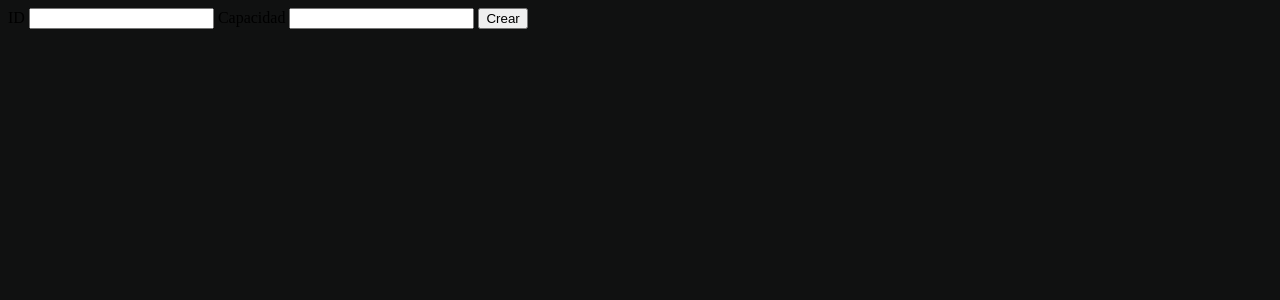
Repository: Robin-Rivadeneira/prueva_pablo
Page: index.html
These files come from the project's save history. The page is drawn as it stood at one moment and after the next save; the edit follows.
The browser window is 1280 px wide. The pictures show the whole page.

Above is the page before, as saved 2020-01-16 20:24:31.

### index.html
<!DOCTYPE html>
<html lang="en">
<head>
    <meta charset="UTF-8">
    <meta name="viewport" content="width=device-width, initial-scale=1.0">
    <meta http-equiv="X-UA-Compatible" content="ie=edge">
    <LINK REL=StyleSheet HREF="/css/bomberos.css" TYPE="text/css" MEDIA=screen>
    <title> Motobombas</title>
</head>
<body>
    <div>
        <label>ID</label>
        <input type="number" id="id">
        <label>Capacidad</label>
        <input type="number" id="capacidad" >
        <button type="button" onclick="moto.guardar()">Crear</button>
    </div>
    <br>
    <div id="img">

    </div>
    <br>
    <div id="estado">

    </div>
    <br>
    <div id="pintar">
    </div>
</body>
<script src="/js/Motobomba.js"></script>
<script src="/js/Bombero.js"></script>
</html>

### css/bomberos.css
body{
    background-color: rgb(16, 17, 17);
}

### js/Motobomba.js
class Motobomba {
    constructor(id, capacidad, estado = false) {
        this.id = id;
        this.capacidad = capacidad;
        this.estado = estado;
    }
    prender() {
        this.estado = true;
    }
    apagar() {
        this.estado = false;
    }
    getEstado() {
        return this.estado;
    }
    toString() {
        if (this.estado == true) {
            document.getElementById('estado').innerHTML='<img src="img/verde.jpg" windth="130px" height="100px">'
            var parrafo=document.createElement('p')
            parrafo.innerHTML = 'esta prendido'
            document.body.appendChild(parrafo)
            moto.apagar()
            document.getElementById("boton").innerHTML="prendido"

        }
        else if(this.estado == false) {
            document.getElementById('estado').innerHTML='<img src="img/rojo.jpg" windth="130px" height="100px">'
            var parrafo=document.createElement('p')
            parrafo.innerHTML = 'esta apagado'
            document.body.appendChild(parrafo)
            moto.prender()
            document.getElementById("boton").innerHTML="apagdo"
        }
    }
    guardar(){
        var recu= document.getElementById('id').value;
        var recu1=document.getElementById('capacidad').value;
        this.id=recu
        this.capacidad=recu1
        console.log(this.id)
        console.log(this.capacidad)
        document.getElementById('img').innerHTML='<img src="img/camion.jpg" windth="130px" height="100px">'
        document.getElementById('pintar').innerHTML='<button type="button" id="boton" onclick="moto.toString()">ESTADO</button>'
    }
}



let moto = new Motobomba()

### js/Bombero.js
class Bombero{
    constructor(nombre){
        this.nombre=nombre;
    }
    addHabilidad(){
        let habilidades=[];
        habilidades.push(this.nombre)
    }
}

After the next save:
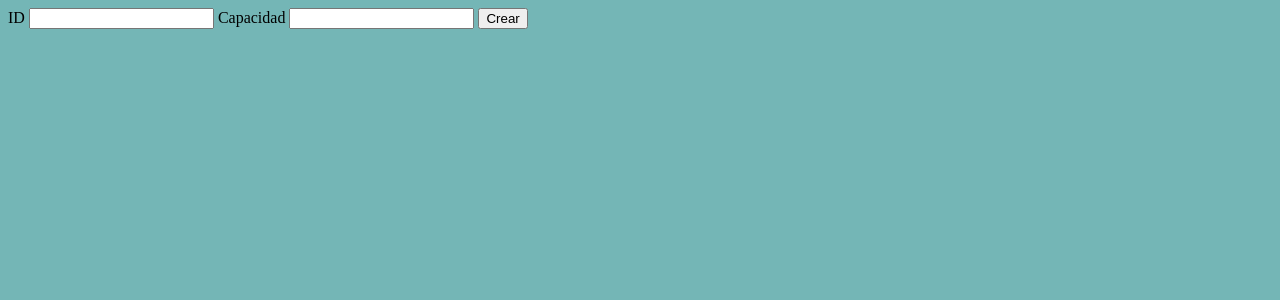
Saved 11 s later.
--- a/css/bomberos.css
+++ b/css/bomberos.css
@@ -1,3 +1,3 @@
 body{
-    background-color: rgb(16, 17, 17);
+    background-color: rgb(116, 182, 182);
 }
